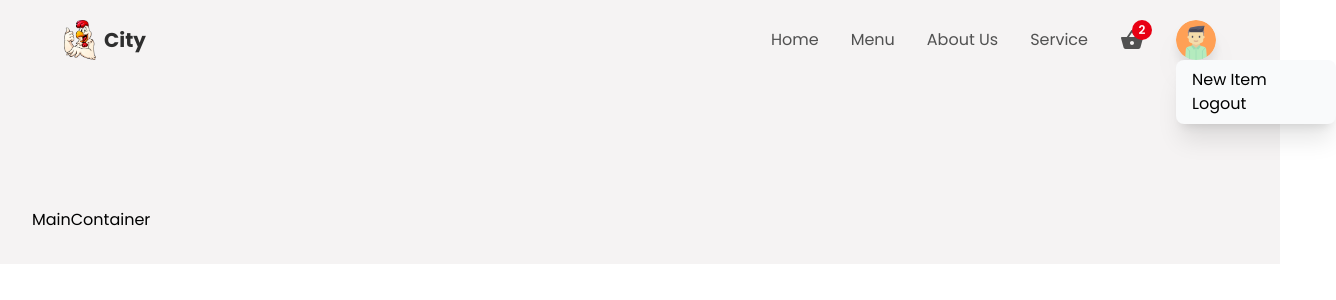
Repository: shorifuddin2/Responsive-Navbar-Redux-
Page: /
The author's editor kept a copy of each file at every save. The page is drawn from the files as they stood at one save, then again after the next save.
The browser window is 1280 px wide. The page is 1336 px wide, so the pictures cover 1336 px, including what lies to the right of the window. The pictures show the whole page.
The project was rebuilt for these pictures with package versions that can differ from the ones it lists, and the page was loaded fresh each time. Also part of the build but not shown: src/Component/CreateContainer.jsx.

Above is the page before, as saved 2022-06-26 23:17:17.

### src/index.js
import React from "react";
import ReactDOM from "react-dom";
import './index.css'

import { BrowserRouter as Router } from "react-router-dom";

import App from './App'
import { StateProvider } from "./Component/context/StateProvider";
import { initialState } from "./Component/context/initalState";
import reducer from "./Component/context/reducer";

ReactDOM.render(
<Router>
<StateProvider initialState={initialState} reducer={reducer}>
    <App/>
</StateProvider>
</Router>
,

document.getElementById("root"));

### src/index.css
@import url(https://fonts.googleapis.com/css?family=Poppins:100,100italic,200,200italic,300,300italic,regular,italic,500,500italic,600,600italic,700,700italic,800,800italic,900,900italic);

*{
    margin: 0;
    padding: 0;
    box-sizing: border-box;
}

body{
    font-family: 'Poppins',sans-serif, system-ui, -apple-system, BlinkMacSystemFont, 'Segoe UI', Roboto, Oxygen, Ubuntu, Cantarell, 'Open Sans', 'Helvetica Neue', sans-serif;
}

html,
body{
    scroll-behavior: smooth;
}

@tailwind base;
@tailwind components;
@tailwind utilities;

### src/App.js
import React from 'react';
import { Routes, Route } from 'react-router-dom';
import { AnimatePresence } from 'framer-motion';
import { CreateContainer, Header, MainContainer } from './Component';

const App = () => {
    return (
       <AnimatePresence>
         <div className='w-screen h-auto flex-col bg-primary'>
            <Header/>

            <main className='mt-24 p-8 w-full'>
                 <Routes>
                    <Route path="/*" element={<MainContainer/>}/>
                    <Route path="/createItem" element={<CreateContainer/>}/>
                 </Routes>
            </main>
        </div>
       </AnimatePresence>
    );
};

export default App;

### src/Component/context/StateProvider.js
import React, {createContext, useContext, useReducer} from "react";

export const StateContext = createContext();

export const StateProvider =({reducer, initialState, children})=>(

    <StateContext.Provider value={useReducer(reducer, initialState)}>
        {children}
    </StateContext.Provider>
);


    export const useStateValue = () => useContext(StateContext)

### src/Component/context/initalState.js
import { fetchUser } from "../../utils/fetchLocalStorageData"


const userInfo = fetchUser()

export const initialState = {
    user: userInfo,
}

### src/Component/context/reducer.js
export const actionType ={
    SET_USER: "SET_USER",
};

const reducer = (state, action) =>{
    console.log(action);

    switch (action.type){
        case actionType.SET_USER:
            return{
                ...state,
                user: action.user,
            };
    }
}

export default reducer;

### src/Component/index.js
export {default as Header} from "./Header";
export {default as MainContainer} from "./MainContainer";
export {default as CreateContainer} from "./CreateContainer";

### src/utils/fetchLocalStorageData.js
export const fetchUser =()=>{
    const userInfo = localStorage.getItem("user") !== "undefined"
    ? JSON.parse(localStorage.getItem("user"))
    : localStorage.clear();
    return userInfo;
};

### src/Component/Header.jsx
import React from 'react';
import {MdShoppingBasket} from "react-icons/md"
import { motion} from "framer-motion";
import Logo from "../img/logo.png";
import Avatar from "../img/avatar.png"
import { Link } from 'react-router-dom';

import { getAuth, signInWithPopup, GoogleAuthProvider } from "firebase/auth";
import { app } from '../firebase.config';
import { async } from '@firebase/util';
import { useStateValue } from './context/StateProvider';
import { actionType } from './context/reducer';

const Header = () => {

    const firebaseAuth = getAuth(app);
    const provider = new GoogleAuthProvider();

    const[{user}, dispatch] = useStateValue()

    const Login = async ()=>{
        if(!user){
            const {user : {refreshToken, providerData}} = await signInWithPopup(firebaseAuth, provider);
            dispatch({
            type : actionType.SET_USER,
            user: providerData[0],
        })
        localStorage.setItem("user", JSON.stringify(providerData[0]));
        }
    }
    return (
        <header className='flexed z-50 w-screen p-5 px-16'>
            {/* desktop & tablet */}
            <div className='hidden md:flex w-full h-full items-center justify-between'>
                <Link to={"/"} className='flex items-center gap-2'>
                <img src={Logo} className="w-8 object-cover" alt="logo" />
                    <p className='text-headingColor text-xl font-bold'>City</p>
                </Link>

                <div className='flex items-center gap-8'>
                <ul className='flex items-center gap-8'>
                    <li className='text-base text-textColor hover:text-headingColor duration-100 transition-all ease-in-out cursor-pointer'>Home</li>
                    <li className='text-base text-textColor hover:text-headingColor duration-100 transition-all ease-in-out cursor-pointer'>Menu</li>
                    <li className='text-base text-textColor hover:text-headingColor duration-100 transition-all ease-in-out cursor-pointer'>About Us</li>
                    <li className='text-base text-textColor hover:text-headingColor duration-100 transition-all ease-in-out cursor-pointer'>Service</li>
                </ul>

                <div className='relative flex items-center justify-center'>
                    <MdShoppingBasket className='text-textColor text-2xl cursor-pointer'/>
                    <div className='absolute -top-2 -right-2 w-5 h-5 rounded-full bg-cartNumBg flex items-center justify-center'>
                        <p className='text-xs text-white font-semibold'>2</p>
                    </div>
                </div>
                <div className='relative'>
                <motion.img whileTap={{scale: 0.6}} src={user ? user.photoURL : Avatar} className="w-10 min-w-[40px] h-10 min-h-[40px] drop-shadow-xl cursor-pointer rounded-full" alt="UserProfile" onClick={Login}/>

                <div className='w-40 bg-gray-50 shadow-xl rounded-lg flex flex-col absolute px-4 py-2'>
                    <p>New Item</p>
                    <p>Logout</p>
                </div>
                </div>
                </div>
            </div>

            {/* mobile */}
            <div className='flex md:hidden w-full h-full'>

            </div>
        </header>
    );
};

export default Header;

### src/Component/MainContainer.jsx
import React from 'react';

const MainContainer = () => {
    return (
        <div>
            MainContainer
        </div>
    );
};

export default MainContainer;

### src/firebase.config.js
import { getApp, getApps, initializeApp} from "firebase/app";
import {getFirestore} from "firebase/firestore";
import {getStorage} from "firebase/storage";

const firebaseConfig = {
    apiKey: "AIzaSyBL8A9yVC_6DQs2p30Fez5Aq6ffbL2fovU",
    authDomain: "restaurant-51b59.firebaseapp.com",
    databaseURL: "https://restaurant-51b59-default-rtdb.firebaseio.com",
    projectId: "restaurant-51b59",
    storageBucket: "restaurant-51b59.appspot.com",
    messagingSenderId: "537617740410",
    appId: "1:537617740410:web:4baacec6d1b10b994cc1c3"
  };

  const app = getApps.length > 0 ? getApp() : initializeApp(firebaseConfig);
  const firestore = getFirestore(app);
  const storage = getStorage(app);

  export {app, getFirestore, storage}

### tailwind.config.js
/** @type {import('tailwindcss').Config} */
module.exports = {
  content: [
    "./src/**/*.{js,jsx,ts,tsx}",
  ],
  theme: {
    extend: {
      width:{
        150: "150px",
        190: "190px",
        225: "225px",
        275: "275px",
        300: "300px",
        340: "340px",
        350: "350px",
        375: "375px",
        460: "460px",
        656: "656px",
        880: "880px",
        508: "508px",
      },
      height:{
        80: "80px",
        150: "150px",
        225: "225px",
        300: "300px",
        340: "340px",
        370: "370px",
        420: "420px",
        510: "510px",
        685: "685px",
        800: "800px",
        "90vh": "90vh",
      },
      minWidth:{
        210: "210px",
        350: "350px",
        620: "620px",
      },
      screens: {
        sm: "640px",
        md: "768px",
        lg: "1024px",
        xl: "1280px",
        "2xl": "1536px",
      },
      colors: {
        headingColor : "#2e2e2e",
        textColor : "#515151",
        cartNumBg : "#e80013",
        primary : "#f5f3f3"

      }
    },
  },
  plugins: [],
}

Loaded but not shown: public/index.html (common file)

After the next save:
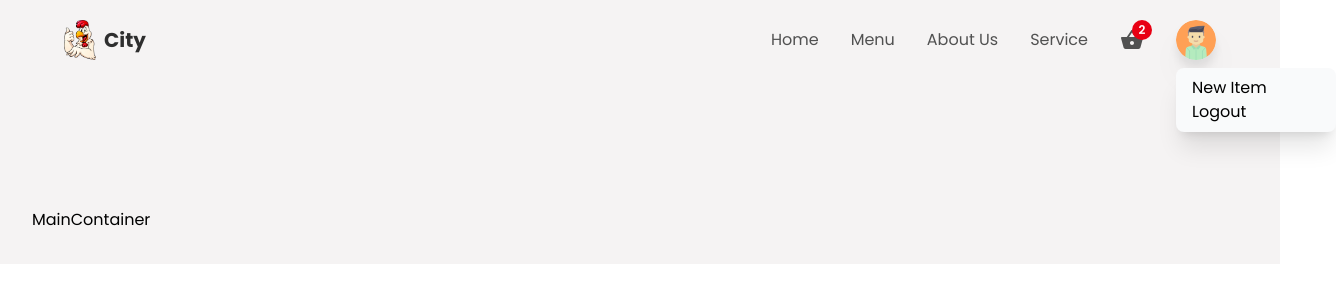
Saved 2 min 28 s later.
--- a/src/Component/Header.jsx
+++ b/src/Component/Header.jsx
@@ -54,7 +54,7 @@ const Header = () => {
                 <div className='relative'>
                 <motion.img whileTap={{scale: 0.6}} src={user ? user.photoURL : Avatar} className="w-10 min-w-[40px] h-10 min-h-[40px] drop-shadow-xl cursor-pointer rounded-full" alt="UserProfile" onClick={Login}/>
 
-                <div className='w-40 bg-gray-50 shadow-xl rounded-lg flex flex-col absolute px-4 py-2'>
+                <div className='w-40 bg-gray-50 shadow-xl rounded-lg flex flex-col absolute top-12 right px-4 py-2'>
                     <p>New Item</p>
                     <p>Logout</p>
                 </div>
